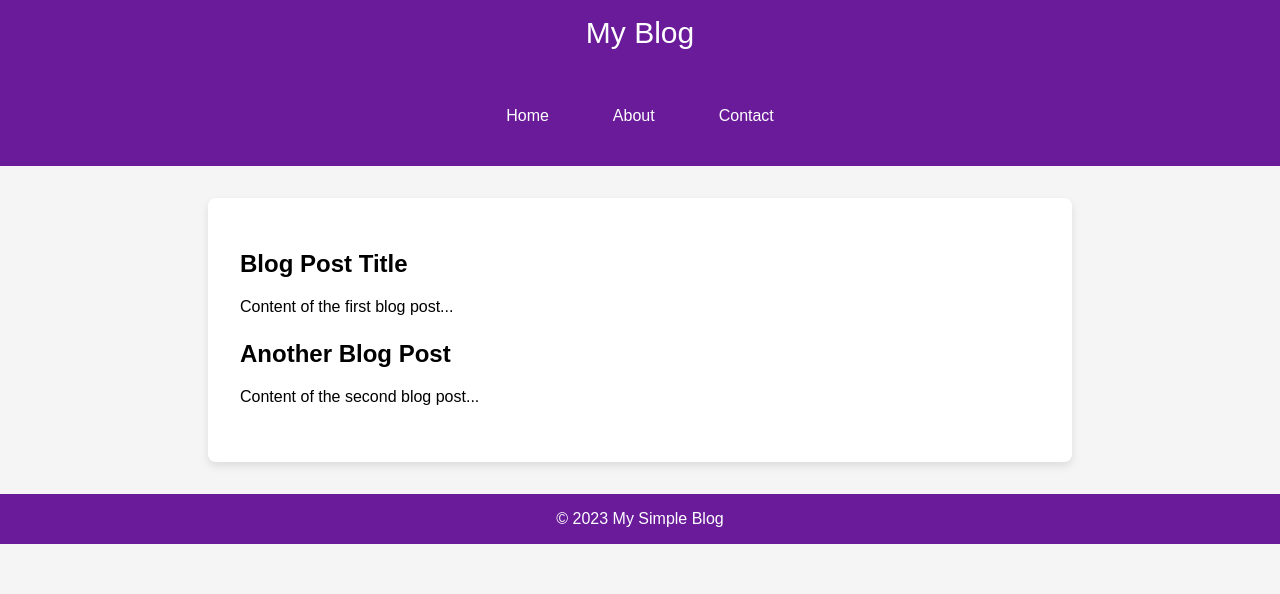
Repository: Femi007-gh/BLOG
Page: index.html
These files come from the project's save history. The page is drawn as it stood at one moment and after the next save; the edit follows.
The browser window is 1280 px wide. The pictures show the whole page.

Above is the page before, as saved 2025-01-08 09:20:30.

After the next save:
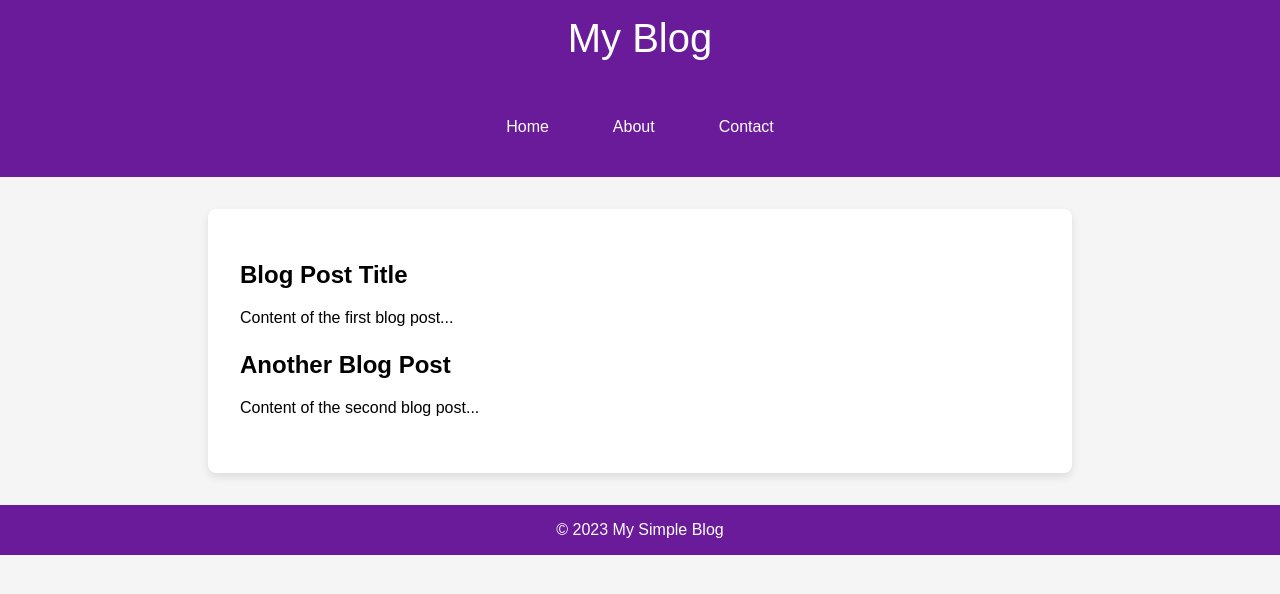
Saved 7 s later.
--- a/style.css
+++ b/style.css
@@ -9,7 +9,7 @@
   color: white;
   text-align: center;
   padding: 1rem;
-  font-size: 30px;
+  font-size: 40px;
 }
 
 nav {

After the save that followed:
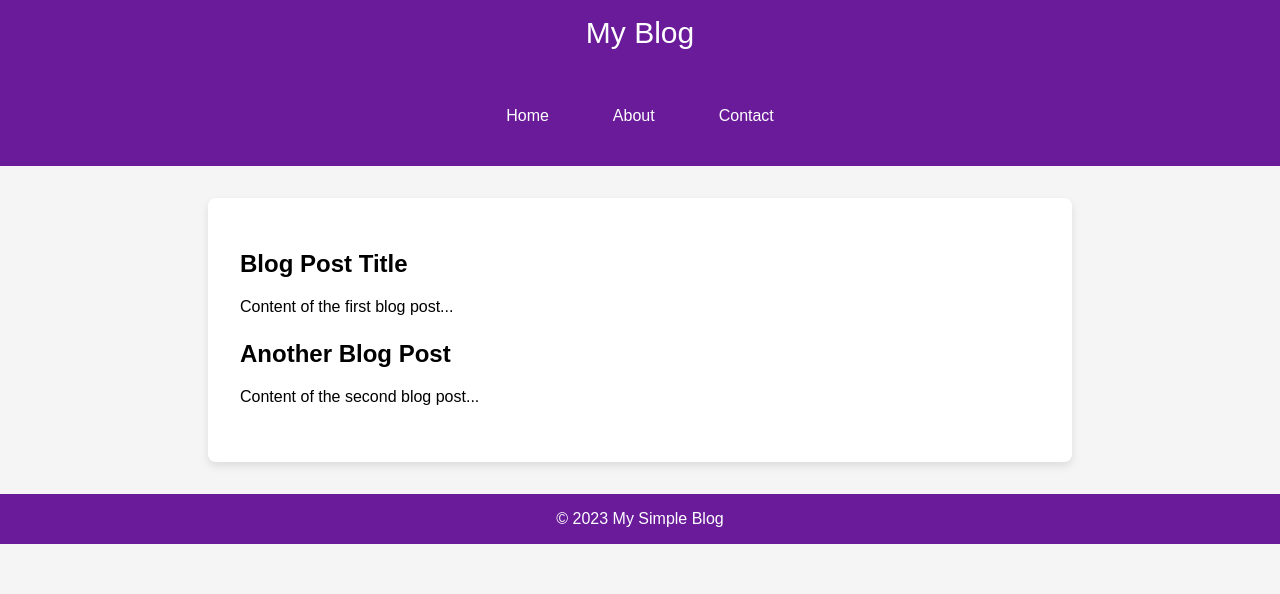
Saved 5 s later.
--- a/style.css
+++ b/style.css
@@ -9,7 +9,7 @@
   color: white;
   text-align: center;
   padding: 1rem;
-  font-size: 40px;
+  font-size: 30px;
 }
 
 nav {
